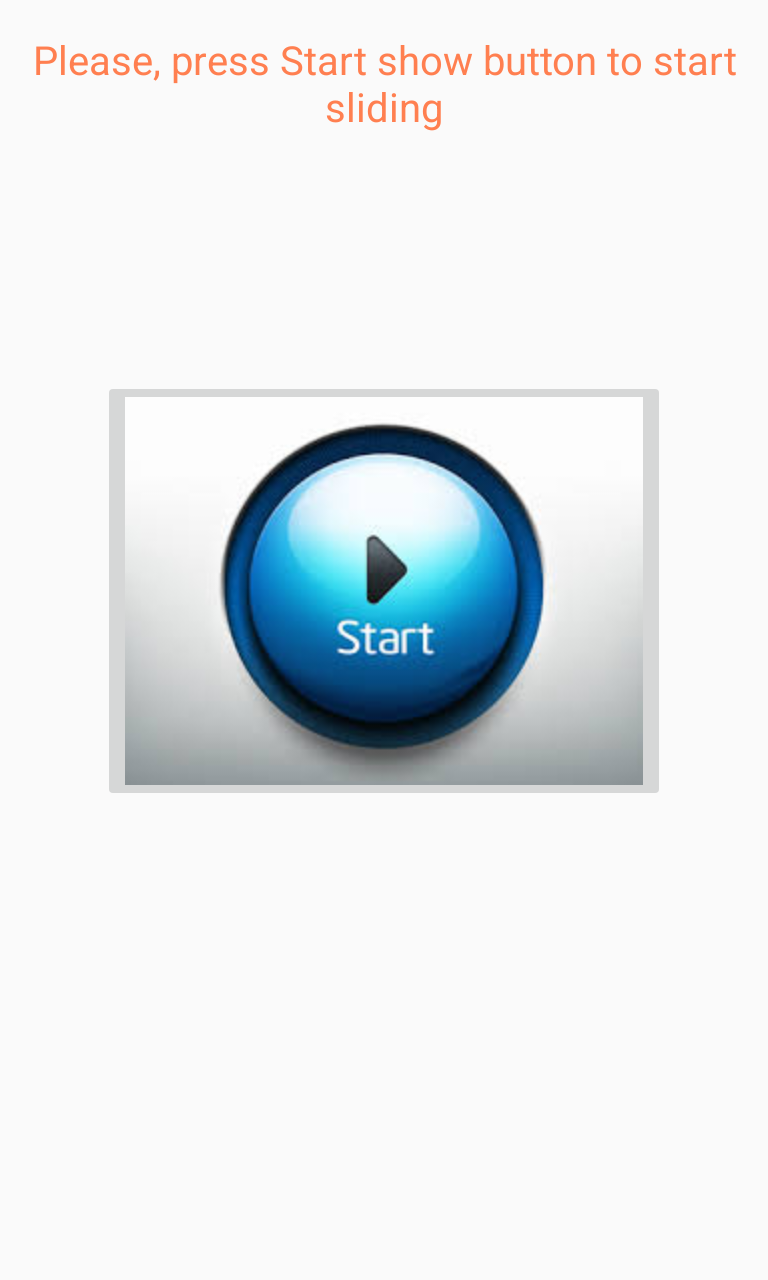
Repository: mtauzhnianskyi/SliderShow
Layout: SliderShow/res/layout/fragment_main.xml
An editor plug-in stored every save of this project. The layout is shown before and after the next save, followed by the edit.
It is drawn on a 768 x 1280 px phone screen (xhdpi) without system bars, with theme AppTheme; the app's code is not run.

Above is the layout before, as saved 2014-10-27 13:05:02.

After the next save:
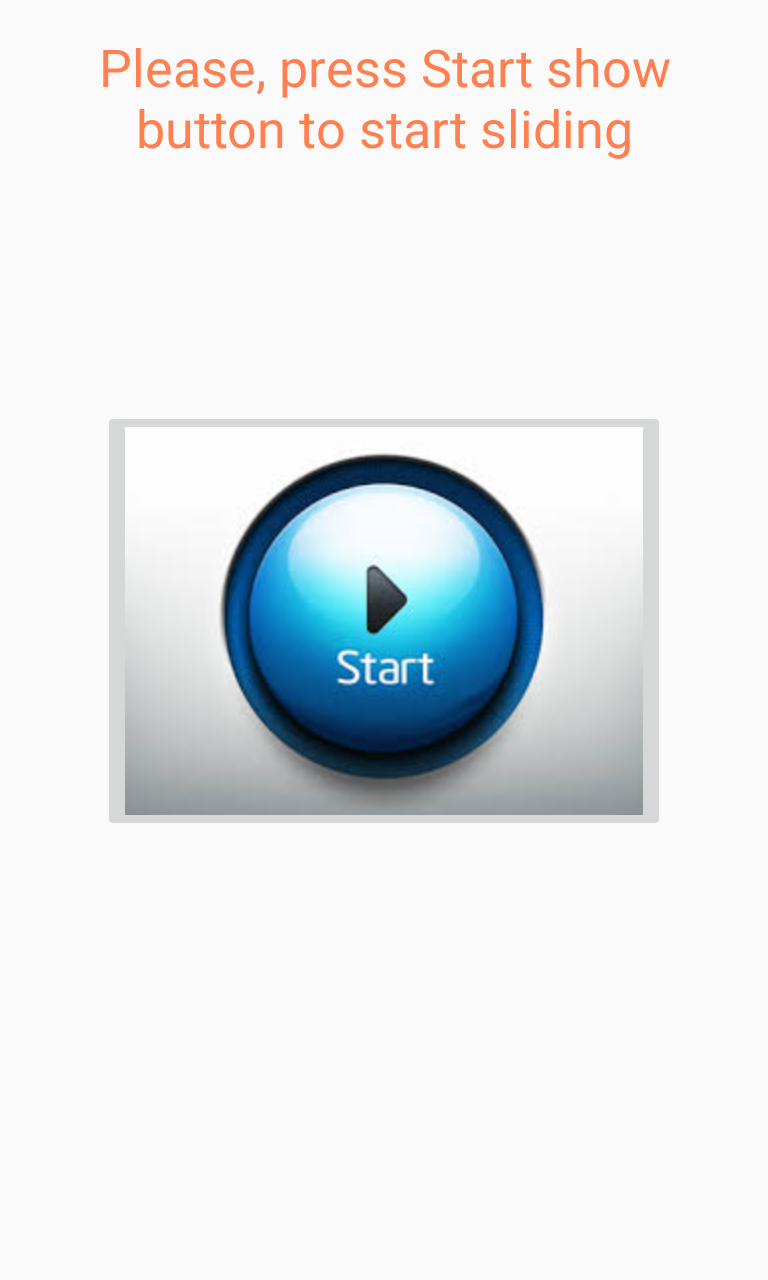
Saved 16 s later.
--- a/SliderShow/res/layout/fragment_main.xml
+++ b/SliderShow/res/layout/fragment_main.xml
@@ -13,7 +13,7 @@
         android:layout_width="wrap_content"
         android:text="@string/start_slide_show_desc"
         android:gravity="center"
-        android:textSize="20sp"
+        android:textSize="26sp"
         android:textColor="@color/Coral"
         android:layout_alignParentTop="true"
         android:layout_centerInParent="true"
